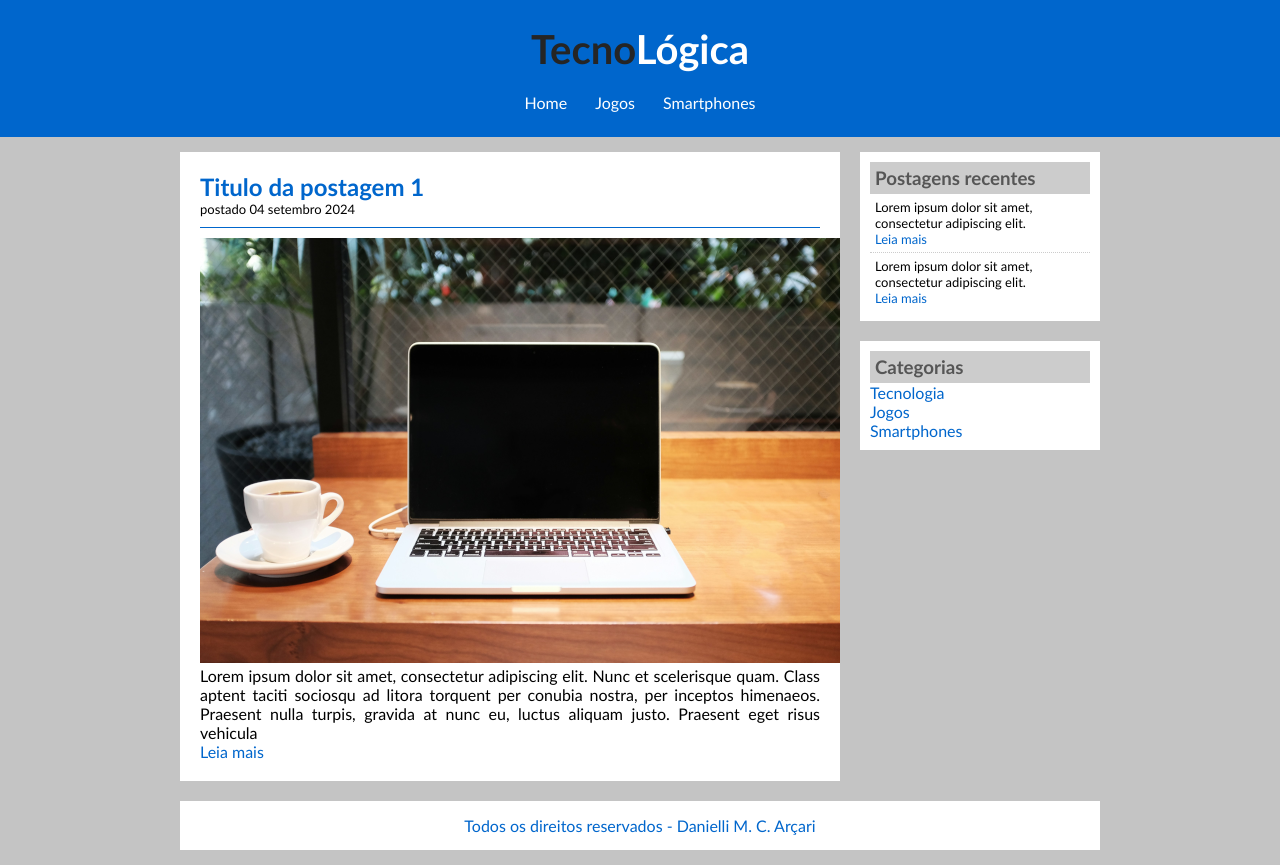
Repository: danielli-arcari/blog-html-css
Page: index.html
The author's editor kept a copy of each file at every save. The page is drawn from the files as they stood at one save, then again after the next save.
The browser window is 1280 px wide. The pictures show the whole page.

Above is the page before, as saved 2026-03-10 16:55:49.

After the next save:
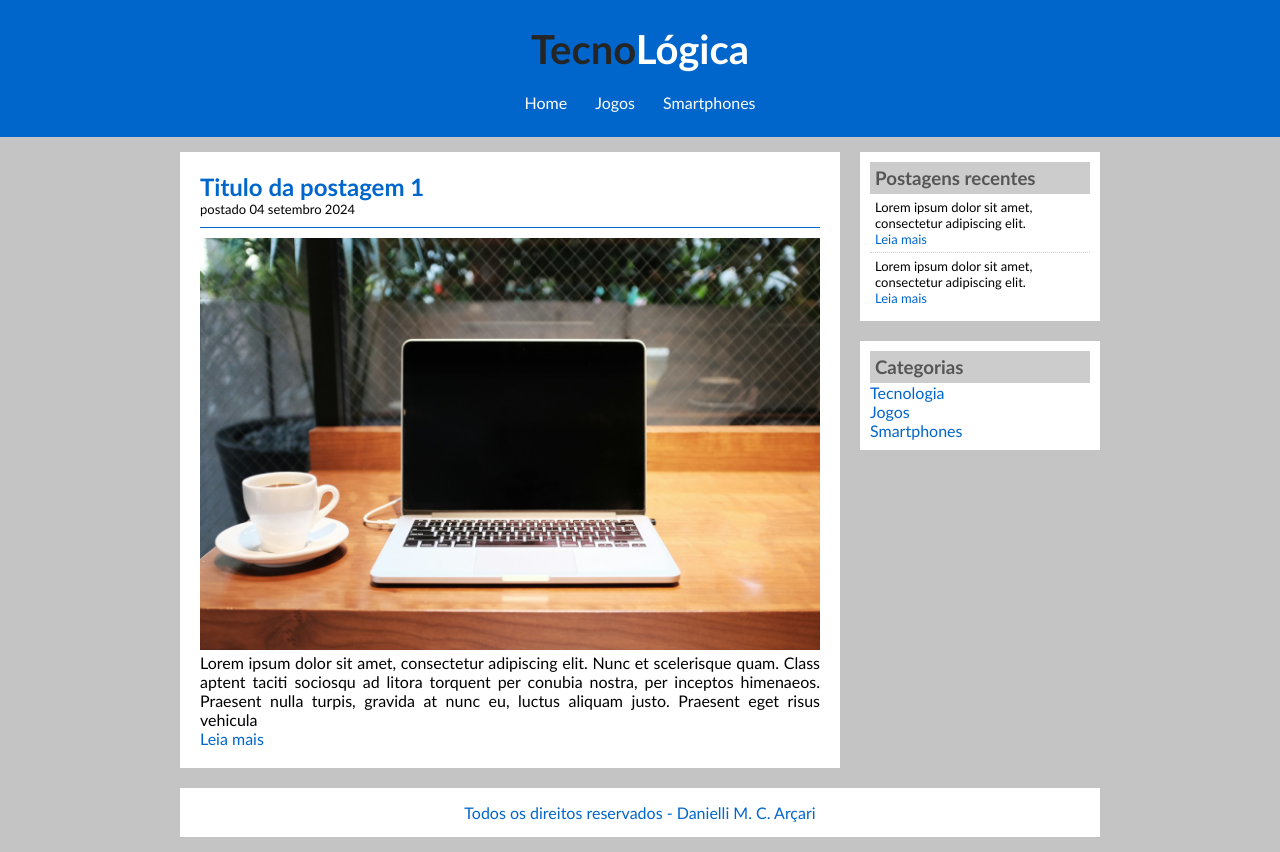
Saved 97 s later.
--- a/css/style.css
+++ b/css/style.css
@@ -86,6 +86,10 @@ h3{
     display: block;
 }
 
+.img-post{
+    width: 620px;
+}
+
 /*
 ***Right side***
 */
